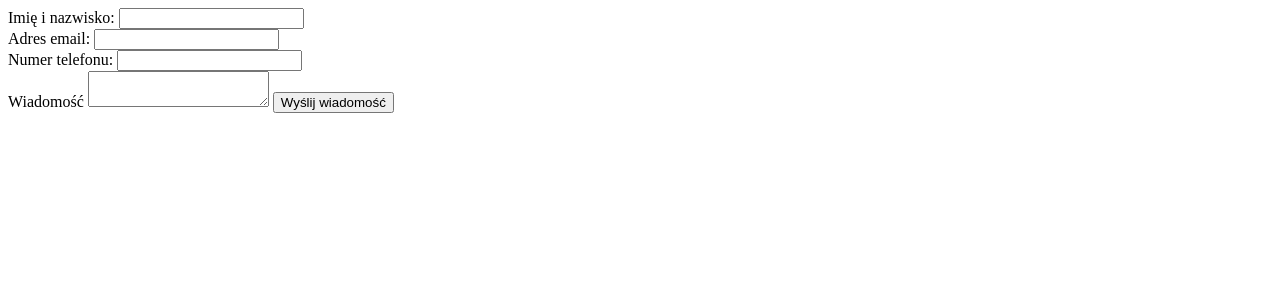
Repository: magdaf41/magdaf41.github.io
Page: zadania-domowe/HTML/zadanie_3/index.html
The author's editor kept a copy of each file at every save. The page is drawn from the files as they stood at one save, then again after the next save.
The browser window is 1280 px wide. The pictures show the whole page.

Above is the page before, as saved 2020-08-13 11:39:31.

After the next save:
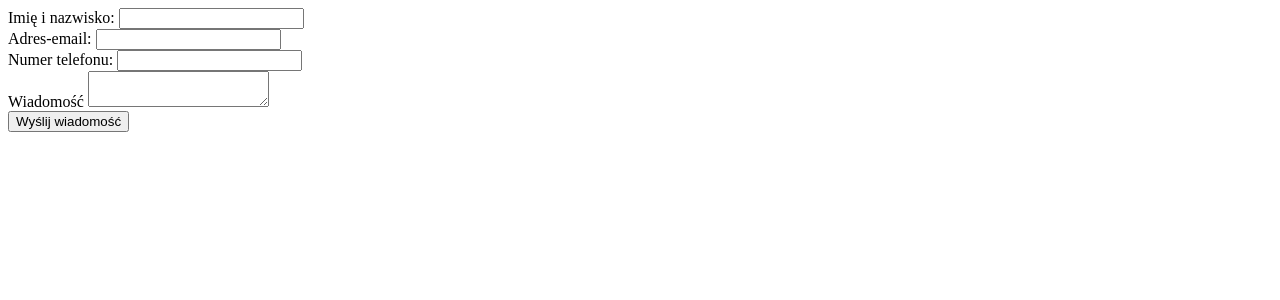
Saved 50 s later.
--- a/zadania-domowe/HTML/zadanie_3/index.html
+++ b/zadania-domowe/HTML/zadanie_3/index.html
@@ -12,12 +12,16 @@
 
         <label for="username">Imię i nazwisko:</label>
         <input type="text" name="username" id="username"><br>
-        <label for="email">Adres email:</label>
+
+        <label for="email">Adres-email:</label>
         <input type="email" name="email" id="email"><br>
+
         <label for="phone">Numer telefonu:</label>
-        <input type="number" name="phone" id="phone"><br>
+        <input type="tel" name="phone" id="phone"><br>
+
         <label for="message">Wiadomość</label>
-        <textarea name="message" id="message"></textarea>
+        <textarea name="message" id="message"></textarea><br>
+
         <input type="submit" value="Wyślij wiadomość">
 
     </form>
